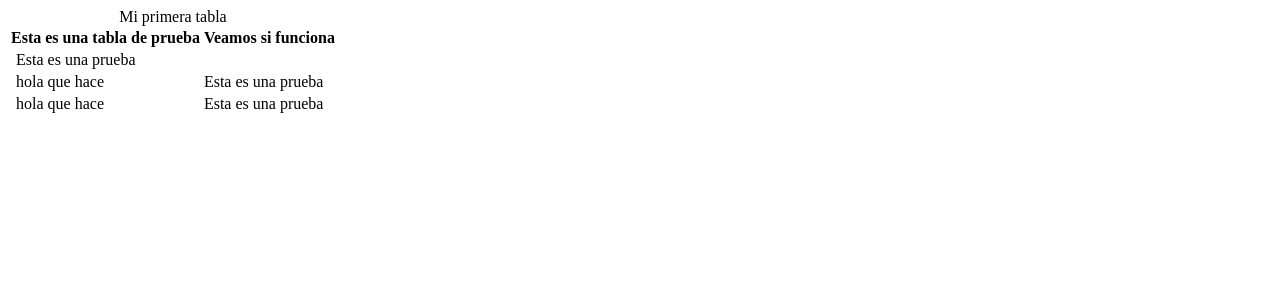
Repository: cesarsant0203/My_Study
Page: Introducción al desarrollo web/tablas.html
These files come from the project's save history. The page is drawn as it stood at one moment and after the next save; the edit follows.
The browser window is 1280 px wide. The pictures show the whole page.

Above is the page before, as saved 2020-04-27 12:28:05.

After the next save:
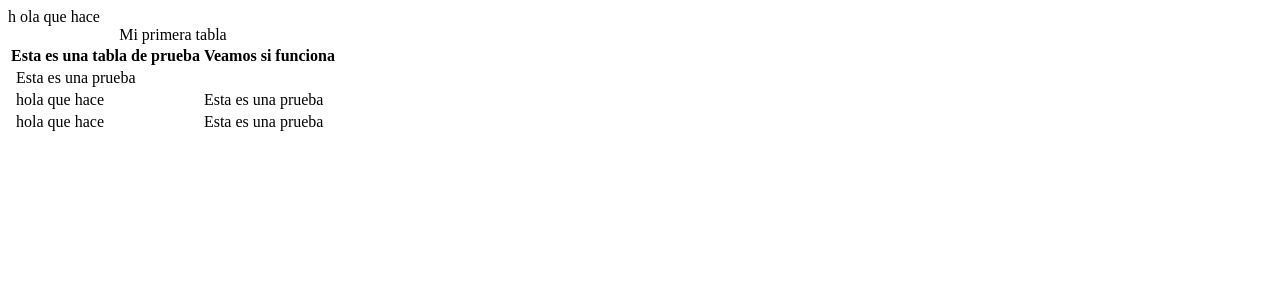
Saved 5 s later.
--- a/Introducción al desarrollo web/tablas.html
+++ b/Introducción al desarrollo web/tablas.html
@@ -18,8 +18,8 @@
         </thead>
         <tbody>
             <tr>
-                <td rowspan="3" h ola que hace</td>
-                    <td>Esta es una prueba</td>
+                <td rowspan="3"> </td>h ola que hace</td>
+                <td>Esta es una prueba</td>
             </tr>
             <tr>
                 <td> hola que hace</td>
